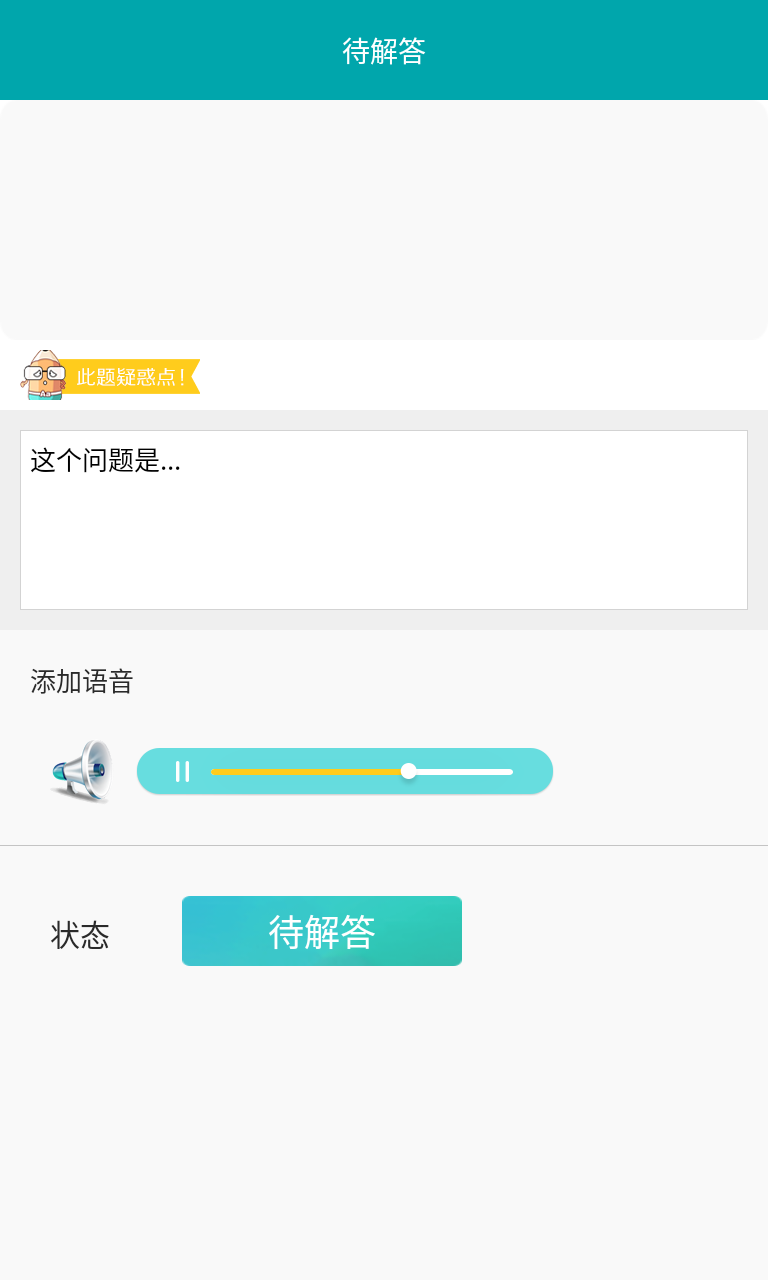
Repository: 2015-Forever/JWD
Layout: Jwd/res/layout/activity_un_answer.xml
An editor plug-in stored every save of this project. The layout is shown before and after the next save, followed by the edit.
It is drawn on a 768 x 1280 px phone screen (xhdpi) without system bars, with theme AppTheme; the app's code is not run.

Above is the layout before, as saved 2015-07-16 06:22:46.

### Jwd/res/layout/activity_un_answer.xml
<?xml version="1.0" encoding="utf-8"?>
<LinearLayout xmlns:android="http://schemas.android.com/apk/res/android"
    android:layout_width="match_parent"
    android:layout_height="match_parent"
    android:orientation="vertical" >

    <LinearLayout
        android:layout_width="match_parent"
        android:layout_height="50dp"
        android:background="#00a6ac"
        android:gravity="center" >

        <TextView
            android:layout_width="wrap_content"
            android:layout_height="wrap_content"
            android:text="待解答"
            android:textColor="#ffffff" />
    </LinearLayout>

    <ImageView
        android:layout_width="match_parent"
        android:layout_height="120dp"
        android:background="@drawable/topic_picture" />

    <LinearLayout
        android:layout_width="match_parent"
        android:layout_height="35dp"
        android:background="#FFFFFF"
        android:gravity="center_vertical" >

        <ImageView
            android:layout_width="90dp"
            android:layout_height="25dp"
            android:layout_marginLeft="10dp"
            android:background="@drawable/navigation_icon_two" />
    </LinearLayout>

    <LinearLayout
        android:layout_width="match_parent"
        android:layout_height="110dp"
        android:background="#EFEFEF"
        android:gravity="center_vertical"
        android:padding="10dp" >

        <EditText
            android:layout_width="fill_parent"
            android:layout_height="match_parent"
            android:background="@drawable/edittext_bg"
            android:enabled="true"
            android:gravity="top"
            android:text="这个问题是..."
            android:inputType="textMultiLine"
            android:lineSpacingExtra="5dp"
            android:paddingLeft="5dp"
            android:paddingTop="5dp"
            android:scrollbars="vertical"
            android:textSize="13sp" >
        </EditText>
    </LinearLayout>

    <LinearLayout
        android:layout_width="match_parent"
        android:layout_height="0dp"
        android:layout_weight="1"
        android:background="#F9F9F9"
        android:orientation="vertical" >

        <TextView
            android:layout_width="wrap_content"
            android:layout_height="wrap_content"
            android:layout_marginLeft="15dp"
            android:layout_marginTop="15dp"
            android:text="添加语音"
            android:textSize="13sp"
            android:textColor="#2A2A2A" />

        <LinearLayout
            android:layout_width="match_parent"
            android:layout_height="wrap_content"
            android:layout_marginTop="20dp"
            android:gravity="center_vertical"
            android:orientation="horizontal" >

            <ImageView
                android:layout_width="wrap_content"
                android:layout_height="wrap_content"
                android:layout_marginLeft="25dp"
                android:layout_marginRight="10dp"
                android:background="@drawable/sound_icon" />

            <ImageView
                android:layout_width="wrap_content"
                android:layout_height="wrap_content"
                android:background="@drawable/sound_icon_one" />

        </LinearLayout>

        <TextView
            android:layout_width="match_parent"
            android:layout_height="0.5dp"
            android:layout_marginTop="20dp"
            android:background="#C4C4C4" />

        <LinearLayout
            android:layout_width="match_parent"
            android:layout_height="0dp"
            android:layout_weight="1"
            android:orientation="horizontal"
            android:paddingTop="25dp" >

            <TextView
                android:layout_width="wrap_content"
                android:layout_height="wrap_content"
                android:layout_marginLeft="25dp"
                android:textSize="15sp"
                android:text="状态"
                android:textColor="#2A2A2A"/>

            <Button
                android:layout_width="140dp"
                android:layout_height="35dp"
                android:layout_marginLeft="36dp"
                android:background="@drawable/no_answer_button"
                android:text="待解答"
                android:textColor="#ffffff" />
        </LinearLayout>
    </LinearLayout>

</LinearLayout>

### Jwd/res/drawable/edittext_bg.xml
<?xml version="1.0" encoding="utf-8"?>
<selector xmlns:android="http://schemas.android.com/apk/res/android" >

    <item >
        <shape >
            <solid android:color="#FFFFFF"/>
            <stroke android:width="0.5dip" android:color="#D3D3D3"/>
        </shape>
    </item>

</selector>

Loaded but not shown: Jwd/res/values/styles.xml (common file); Jwd/res/values-v11/styles.xml (common file); Jwd/res/values-v14/styles.xml (common file)

After the next save:
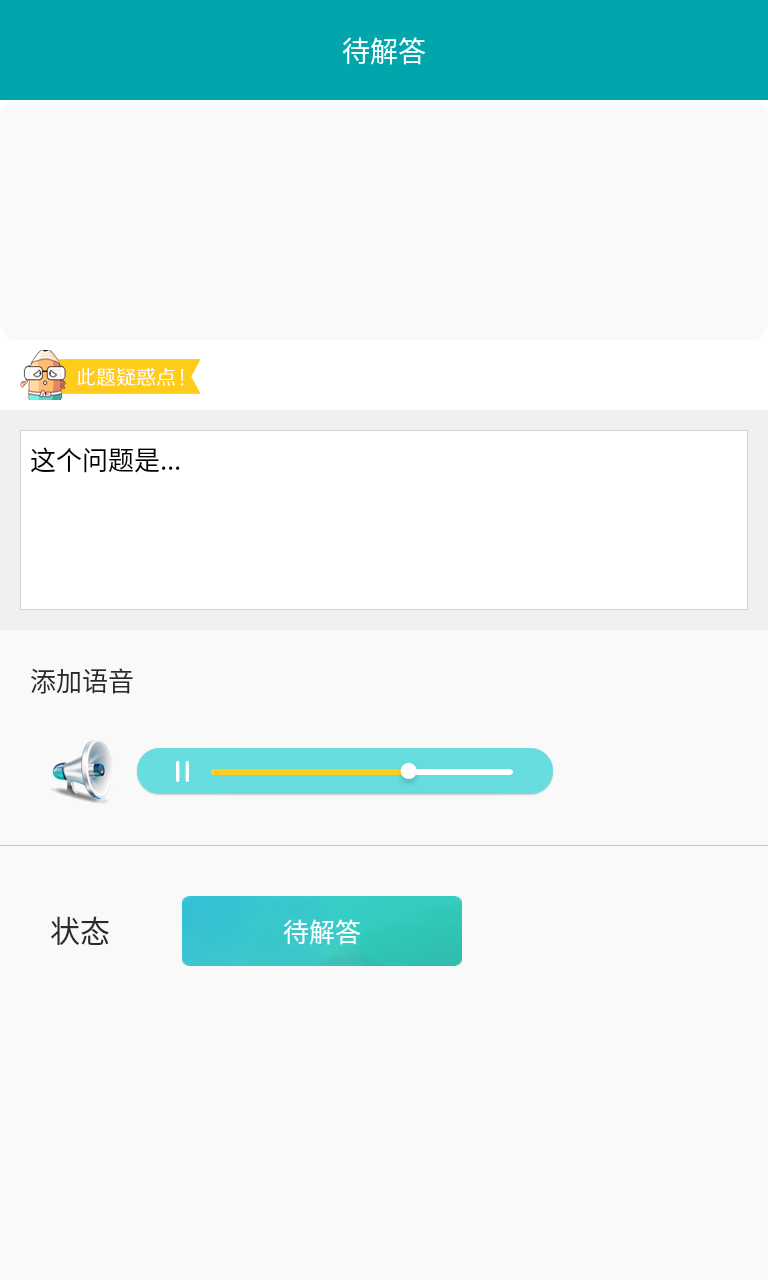
Saved 45 s later.
--- a/Jwd/res/layout/activity_un_answer.xml
+++ b/Jwd/res/layout/activity_un_answer.xml
@@ -122,6 +122,7 @@
                 android:layout_marginLeft="36dp"
                 android:background="@drawable/no_answer_button"
                 android:text="待解答"
+                android:textSize="13sp"
                 android:textColor="#ffffff" />
         </LinearLayout>
     </LinearLayout>
